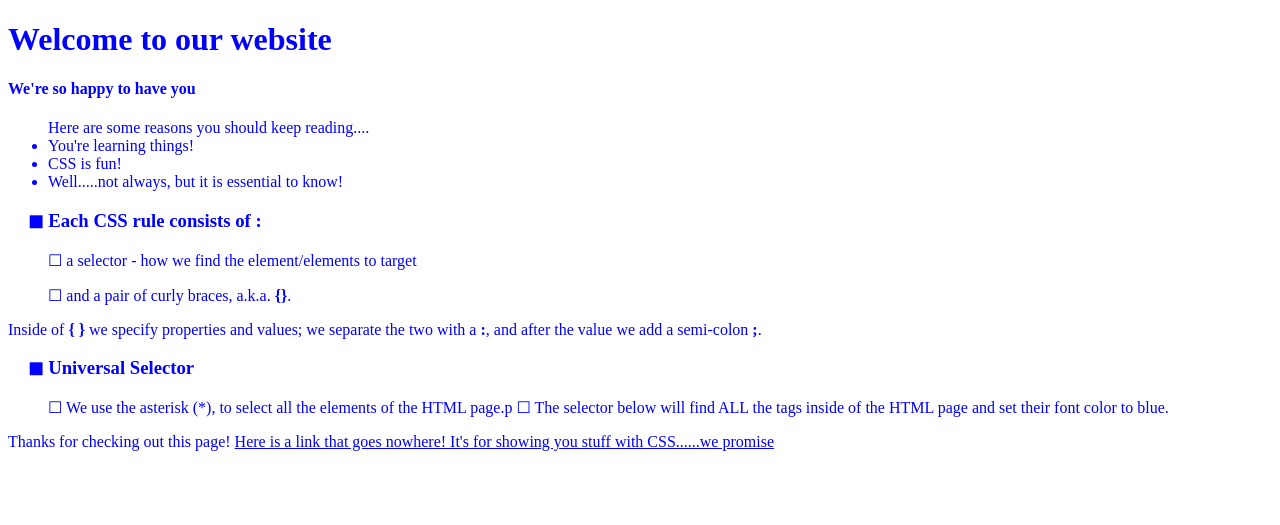
Repository: AnnaSpirit/Tests__
Page: CSS/Useful_Selectors.html
The author's editor kept a copy of each file at every save. The page is drawn from the files as they stood at one save, then again after a run of saves.
The browser window is 1280 px wide. The pictures show the whole page.

Above is the page before, as saved 2024-04-01 12:23:44.

### CSS/Useful_Selectors.html
<!DOCTYPE html>
<html lang="en">
<head>
    <meta charset="UTF-8">
    <meta name="viewport" content="width=device-width, initial-scale=1.0">
    <title>Useful Selectors</title>
    <link rel="stylesheet" href="style_Selectors.css">
</head>
<body>
    <header>
        <h1>Welcome to our website</h1>
        <h4>We're so happy to have you</h4>
    </header>
    <section>
        <ul> Here are some reasons you should keep reading....
            <li>You're learning things!</li>
            <li>CSS is fun!</li>
            <li>Well.....not always, but it is essential to know!</li>
        </ul>
    </section>
    <section>
        <h3 style="padding-left: 20px;"> &#9724; Each CSS rule consists of :</h3>
            <p style="padding-left: 40px;"> &#9744; a selector - how we find the element/elements to target</p>
            <p style="padding-left: 40px;"> &#9744; and a pair of curly braces, a.k.a. <b>{}</b>.</p>
            <p>Inside of <b>{ }</b> we specify properties and values; we separate the two with a <b>:</b>, and after the value we add a semi-colon <b>;</b>.</p>
        </h3>
        <h3 style="padding-left: 20px;"> &#9724; Universal Selector</h3>
        <p style="padding-left: 40px;">&#9744; We use the asterisk (*), to select all the elements of the HTML page.p
        &#9744; The selector below will find ALL the tags inside of the HTML page and set their font color to blue.</p>
    </section>
    <footer>
        <p>
            Thanks for checking out this page!
            <a href="#">Here is a link that goes nowhere! It's for showing you stuff with CSS......we promise</a>
        </p>
    </footer>
</body>
</html>

### CSS/style_Selectors.css
/* Universal Selector */
* {
    color: blue;
}

After the next 3 saves:
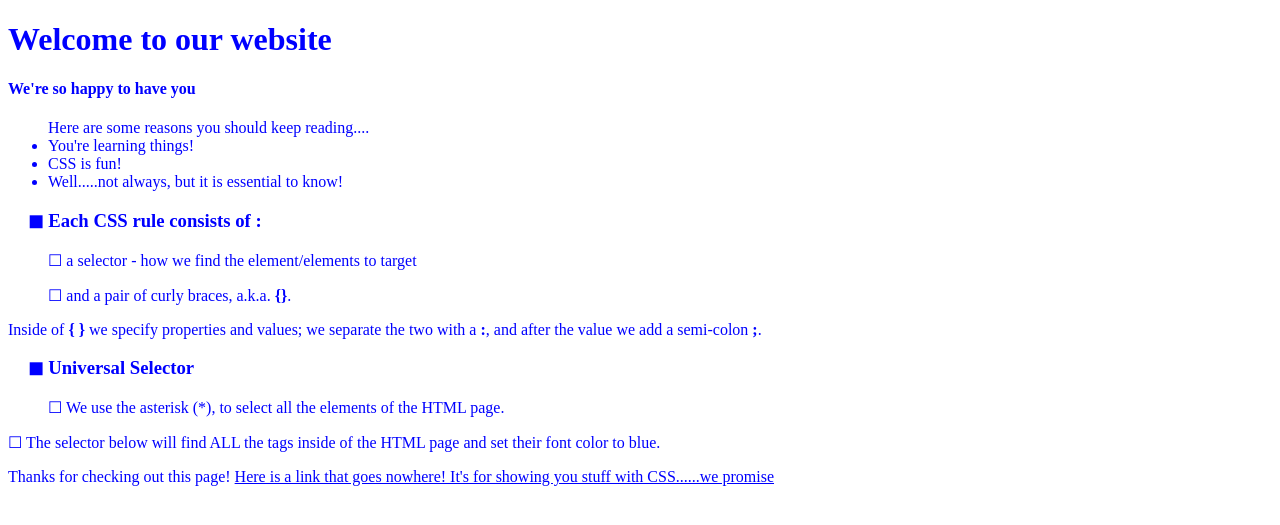
The 3 saves are shown as one change because they came seconds apart.
The last was saved 10 s later.
--- a/CSS/Useful_Selectors.html
+++ b/CSS/Useful_Selectors.html
@@ -25,7 +25,7 @@
             <p>Inside of <b>{ }</b> we specify properties and values; we separate the two with a <b>:</b>, and after the value we add a semi-colon <b>;</b>.</p>
         </h3>
         <h3 style="padding-left: 20px;"> &#9724; Universal Selector</h3>
-        <p style="padding-left: 40px;">&#9744; We use the asterisk (*), to select all the elements of the HTML page.p
+        <p style="padding-left: 40px;">&#9744; We use the asterisk (*), to select all the elements of the HTML page. </p>
         &#9744; The selector below will find ALL the tags inside of the HTML page and set their font color to blue.</p>
     </section>
     <footer>
